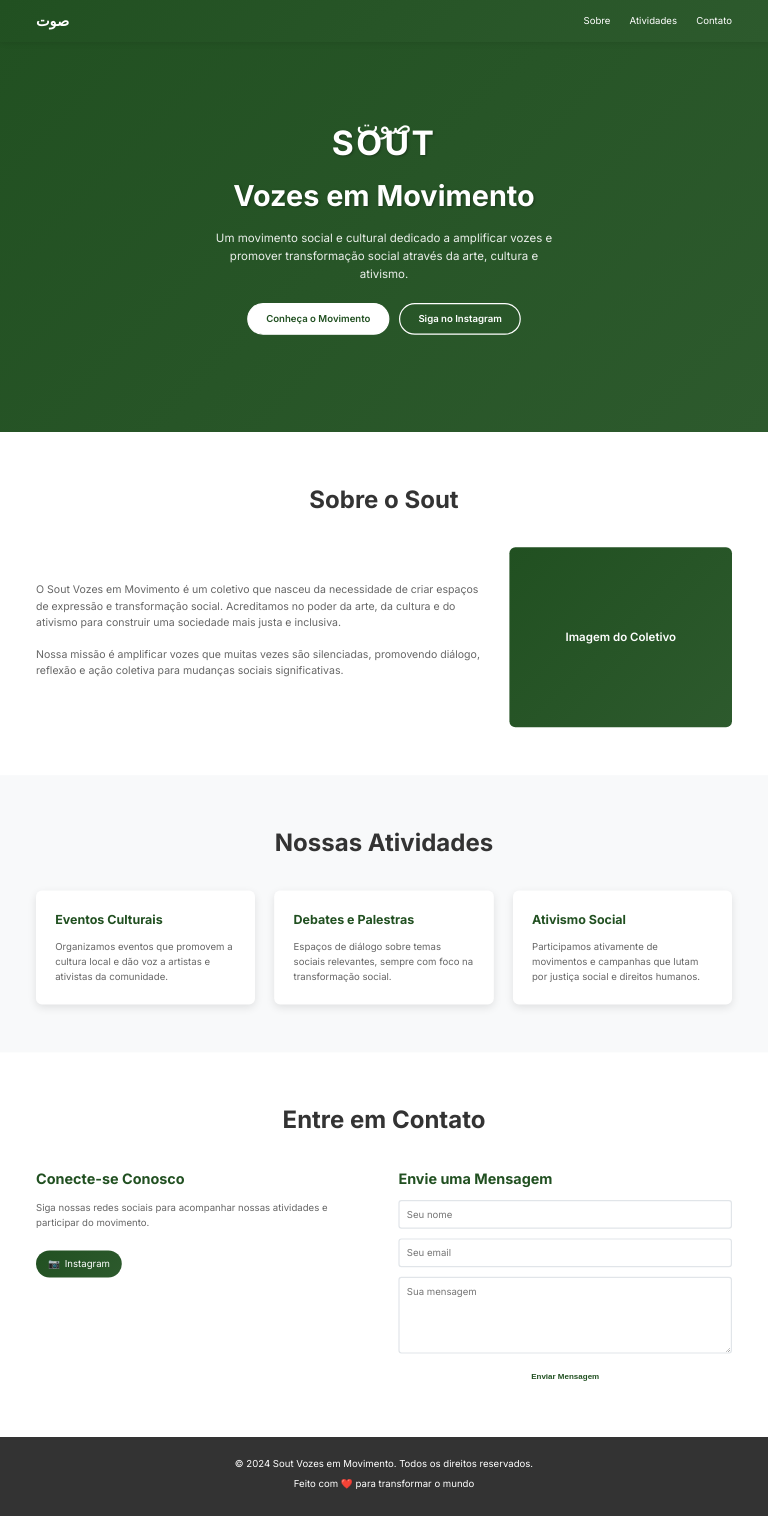
Repository: farukzahra/sout
Page: index.html
These files come from the project's save history. The page is drawn as it stood at one moment and after a run of saves; the edit follows.
The browser window is 1280 px wide. The pictures show the whole page, at 60% of full size.

Above is the page before, as saved 2025-10-02 13:17:30.

### index.html
<!DOCTYPE html>
<html lang="pt-BR">
<head>
    <meta charset="UTF-8">
    <meta name="viewport" content="width=device-width, initial-scale=1.0">
    <title>Sout Vozes em Movimento</title>
    <meta name="description" content="Sout Vozes em Movimento - Movimento social e cultural">
    <link rel="stylesheet" href="style.css">
    <link href="https://fonts.googleapis.com/css2?family=Inter:wght@300;400;600;700&display=swap" rel="stylesheet">
    <link href="https://fonts.googleapis.com/css2?family=League+Spartan:wght@400;500;600;700;800;900&display=swap" rel="stylesheet">
</head>
<body>
    <header class="header">
        <nav class="nav">
            <div class="nav-brand">
                <h1>صوت</h1>
            </div>
            <ul class="nav-menu">
                <li><a href="#sobre">Sobre</a></li>
                <li><a href="#atividades">Atividades</a></li>
                <li><a href="#contato">Contato</a></li>
            </ul>
        </nav>
    </header>

    <main>
        <section class="hero">
            <div class="hero-content">
                <div class="hero-logo">
                    <div class="logo-combined">
                        <span class="logo-text">صوت</span>
                        <span class="logo-main">SOUT</span>
                    </div>
                </div>
                <h2>Vozes em Movimento</h2>
                <p>Um movimento social e cultural dedicado a amplificar vozes e promover transformação social através da arte, cultura e ativismo.</p>
                <div class="hero-buttons">
                    <a href="#sobre" class="btn btn-primary">Conheça o Movimento</a>
                    <a href="https://www.instagram.com/sout_vozesemmovimento/" target="_blank" class="btn btn-secondary">Siga no Instagram</a>
                </div>
            </div>
        </section>

        <section id="sobre" class="section">
            <div class="container">
                <h2>Sobre o Sout</h2>
                <div class="about-content">
                    <div class="about-text">
                        <p>O Sout Vozes em Movimento é um coletivo que nasceu da necessidade de criar espaços de expressão e transformação social. Acreditamos no poder da arte, da cultura e do ativismo para construir uma sociedade mais justa e inclusiva.</p>
                        <p>Nossa missão é amplificar vozes que muitas vezes são silenciadas, promovendo diálogo, reflexão e ação coletiva para mudanças sociais significativas.</p>
                    </div>
                    <div class="about-image">
                        <div class="placeholder-image">
                            <span>Imagem do Coletivo</span>
                        </div>
                    </div>
                </div>
            </div>
        </section>

        <section id="atividades" class="section section-alt">
            <div class="container">
                <h2>Nossas Atividades</h2>
                <div class="activities-grid">
                    <div class="activity-card">
                        <h3>Eventos Culturais</h3>
                        <p>Organizamos eventos que promovem a cultura local e dão voz a artistas e ativistas da comunidade.</p>
                    </div>
                    <div class="activity-card">
                        <h3>Debates e Palestras</h3>
                        <p>Espaços de diálogo sobre temas sociais relevantes, sempre com foco na transformação social.</p>
                    </div>
                    <div class="activity-card">
                        <h3>Ativismo Social</h3>
                        <p>Participamos ativamente de movimentos e campanhas que lutam por justiça social e direitos humanos.</p>
                    </div>
                </div>
            </div>
        </section>

        <section id="contato" class="section">
            <div class="container">
                <h2>Entre em Contato</h2>
                <div class="contact-content">
                    <div class="contact-info">
                        <h3>Conecte-se Conosco</h3>
                        <p>Siga nossas redes sociais para acompanhar nossas atividades e participar do movimento.</p>
                        <div class="social-links">
                            <a href="https://www.instagram.com/sout_vozesemmovimento/" target="_blank" class="social-link">
                                <span>📷</span> Instagram
                            </a>
                        </div>
                    </div>
                    <div class="contact-form">
                        <h3>Envie uma Mensagem</h3>
                        <form>
                            <input type="text" placeholder="Seu nome" required>
                            <input type="email" placeholder="Seu email" required>
                            <textarea placeholder="Sua mensagem" rows="5" required></textarea>
                            <button type="submit" class="btn btn-primary">Enviar Mensagem</button>
                        </form>
                    </div>
                </div>
            </div>
        </section>
    </main>

    <footer class="footer">
        <div class="container">
            <p>&copy; 2024 Sout Vozes em Movimento. Todos os direitos reservados.</p>
            <p>Feito com ❤️ para transformar o mundo</p>
        </div>
    </footer>

    <script>
        // Smooth scrolling para links internos
        document.querySelectorAll('a[href^="#"]').forEach(anchor => {
            anchor.addEventListener('click', function (e) {
                e.preventDefault();
                const target = document.querySelector(this.getAttribute('href'));
                if (target) {
                    target.scrollIntoView({
                        behavior: 'smooth',
                        block: 'start'
                    });
                }
            });
        });

        // Formulário de contato (funcionalidade básica)
        document.querySelector('form').addEventListener('submit', function(e) {
            e.preventDefault();
            alert('Obrigado pela sua mensagem! Entraremos em contato em breve.');
            this.reset();
        });
    </script>
</body>
</html>

### style.css
/* Reset e configurações básicas */
* {
    margin: 0;
    padding: 0;
    box-sizing: border-box;
}

body {
    font-family: 'Inter', sans-serif;
    line-height: 1.6;
    color: #333;
    background-color: #fff;
}

.container {
    max-width: 1200px;
    margin: 0 auto;
    padding: 0 20px;
}

/* Header */
.header {
    background: linear-gradient(135deg, #215021 0%, #2d5a2d 100%);
    color: white;
    padding: 1rem 0;
    position: fixed;
    top: 0;
    width: 100%;
    z-index: 1000;
    box-shadow: 0 2px 10px rgba(0,0,0,0.1);
}

.nav {
    display: flex;
    justify-content: space-between;
    align-items: center;
    max-width: 1200px;
    margin: 0 auto;
    padding: 0 20px;
}

.nav-brand h1 {
    font-size: 1.5rem;
    font-weight: 700;
    direction: rtl;
}

.hero-logo {
    margin-bottom: 2rem;
}

.logo-combined {
    display: flex;
    flex-direction: column;
    align-items: center;
    justify-content: center;
    gap: 0;
}

.hero-logo .logo-text {
    font-size: 2.5rem;
    direction: rtl;
    line-height: 0.6;
    font-weight: 500;
    font-family: 'Inter', 'Arial', sans-serif;
    margin-top: -0.2rem;
}

.hero-logo .logo-main {
    font-size: 3.5rem;
    font-weight: 900;
    letter-spacing: 4px;
    text-shadow: 2px 2px 4px rgba(0,0,0,0.3);
    line-height: 0.6;
    font-family: 'Inter', 'Arial', sans-serif;
}

.hero-logo .logo-subtitle {
    font-size: 1.2rem;
    opacity: 0.9;
}

.nav-menu {
    display: flex;
    list-style: none;
    gap: 2rem;
}

.nav-menu a {
    color: white;
    text-decoration: none;
    font-weight: 500;
    transition: opacity 0.3s ease;
}

.nav-menu a:hover {
    opacity: 0.8;
}

/* Hero Section */
.hero {
    background: linear-gradient(135deg, #215021 0%, #2d5a2d 100%);
    color: white;
    padding: 120px 0 80px;
    text-align: center;
    min-height: 100vh;
    display: flex;
    align-items: center;
    justify-content: center;
}


.hero-content h2 {
    font-size: 3rem;
    font-weight: 700;
    margin-bottom: 1rem;
    text-shadow: 2px 2px 4px rgba(0,0,0,0.3);
}

.hero-content {
    max-width: 800px;
    margin: 0 auto;
    padding: 0 20px;
}

.hero-content p {
    font-size: 1.2rem;
    margin-bottom: 2rem;
    max-width: 600px;
    margin-left: auto;
    margin-right: auto;
    opacity: 0.9;
}

.hero-buttons {
    display: flex;
    gap: 1rem;
    justify-content: center;
    flex-wrap: wrap;
}

/* Botões */
.btn {
    display: inline-block;
    padding: 12px 30px;
    text-decoration: none;
    border-radius: 50px;
    font-weight: 600;
    transition: all 0.3s ease;
    border: 2px solid transparent;
}

.btn-primary {
    background: white;
    color: #215021;
    border-color: white;
}

.btn-primary:hover {
    background: transparent;
    color: white;
    border-color: white;
}

.btn-secondary {
    background: transparent;
    color: white;
    border-color: white;
}

.btn-secondary:hover {
    background: white;
    color: #215021;
}

/* Seções */
.section {
    padding: 80px 0;
}

.section-alt {
    background-color: #f8f9fa;
}

.section h2 {
    text-align: center;
    font-size: 2.5rem;
    margin-bottom: 3rem;
    color: #333;
}

/* Sobre */
.about-content {
    display: grid;
    grid-template-columns: 2fr 1fr;
    gap: 3rem;
    align-items: center;
}

.about-text p {
    font-size: 1.1rem;
    margin-bottom: 1.5rem;
    color: #666;
}

.placeholder-image {
    background: linear-gradient(135deg, #215021 0%, #2d5a2d 100%);
    height: 300px;
    border-radius: 10px;
    display: flex;
    align-items: center;
    justify-content: center;
    color: white;
    font-size: 1.2rem;
    font-weight: 600;
}

/* Atividades */
.activities-grid {
    display: grid;
    grid-template-columns: repeat(auto-fit, minmax(300px, 1fr));
    gap: 2rem;
}

.activity-card {
    background: white;
    padding: 2rem;
    border-radius: 10px;
    box-shadow: 0 5px 15px rgba(0,0,0,0.1);
    transition: transform 0.3s ease, box-shadow 0.3s ease;
}

.activity-card:hover {
    transform: translateY(-5px);
    box-shadow: 0 10px 25px rgba(0,0,0,0.15);
}

.activity-card h3 {
    color: #215021;
    margin-bottom: 1rem;
    font-size: 1.3rem;
}

.activity-card p {
    color: #666;
    line-height: 1.6;
}

/* Contato */
.contact-content {
    display: grid;
    grid-template-columns: 1fr 1fr;
    gap: 3rem;
}

.contact-info h3 {
    color: #215021;
    margin-bottom: 1rem;
    font-size: 1.5rem;
}

.contact-info p {
    color: #666;
    margin-bottom: 2rem;
}

.social-links {
    display: flex;
    gap: 1rem;
}

.social-link {
    display: flex;
    align-items: center;
    gap: 0.5rem;
    padding: 10px 20px;
    background: linear-gradient(135deg, #215021 0%, #2d5a2d 100%);
    color: white;
    text-decoration: none;
    border-radius: 25px;
    transition: transform 0.3s ease;
}

.social-link:hover {
    transform: translateY(-2px);
}

.contact-form h3 {
    color: #215021;
    margin-bottom: 1rem;
    font-size: 1.5rem;
}

.contact-form form {
    display: flex;
    flex-direction: column;
    gap: 1rem;
}

.contact-form input,
.contact-form textarea {
    padding: 12px;
    border: 2px solid #e1e5e9;
    border-radius: 5px;
    font-family: inherit;
    font-size: 1rem;
    transition: border-color 0.3s ease;
}

.contact-form input:focus,
.contact-form textarea:focus {
    outline: none;
    border-color: #215021;
}

.contact-form textarea {
    resize: vertical;
    min-height: 120px;
}

/* Footer */
.footer {
    background: #333;
    color: white;
    text-align: center;
    padding: 2rem 0;
}

.footer p {
    margin-bottom: 0.5rem;
}

/* Responsividade */
@media (max-width: 768px) {
    .nav {
        flex-direction: column;
        gap: 1rem;
    }

    .nav-menu {
        gap: 1rem;
    }

    .logo-combined {
        gap: 0;
    }

    .hero-logo .logo-text {
        font-size: 2rem;
        line-height: 0.6;
        margin-top: -0.1rem;
    }

    .hero-logo .logo-main {
        font-size: 2.8rem;
        line-height: 0.6;
        letter-spacing: 3px;
    }

    .hero-content h2 {
        font-size: 2rem;
    }

    .hero-buttons {
        flex-direction: column;
        align-items: center;
    }

    .about-content,
    .contact-content {
        grid-template-columns: 1fr;
        gap: 2rem;
    }

    .activities-grid {
        grid-template-columns: 1fr;
    }

    .section h2 {
        font-size: 2rem;
    }
}

@media (max-width: 480px) {
    .hero {
        padding: 100px 0 60px;
    }

    .logo-combined {
        gap: 0;
    }

    .hero-logo .logo-text {
        font-size: 1.6rem;
        line-height: 0.6;
        margin-top: -0.1rem;
    }

    .hero-logo .logo-main {
        font-size: 2.2rem;
        line-height: 0.6;
        letter-spacing: 2px;
    }

    .hero-content h2 {
        font-size: 1.8rem;
    }

    .hero-content p {
        font-size: 1rem;
    }

    .section {
        padding: 60px 0;
    }

    .container {
        padding: 0 15px;
    }
}

After the next 2 saves:
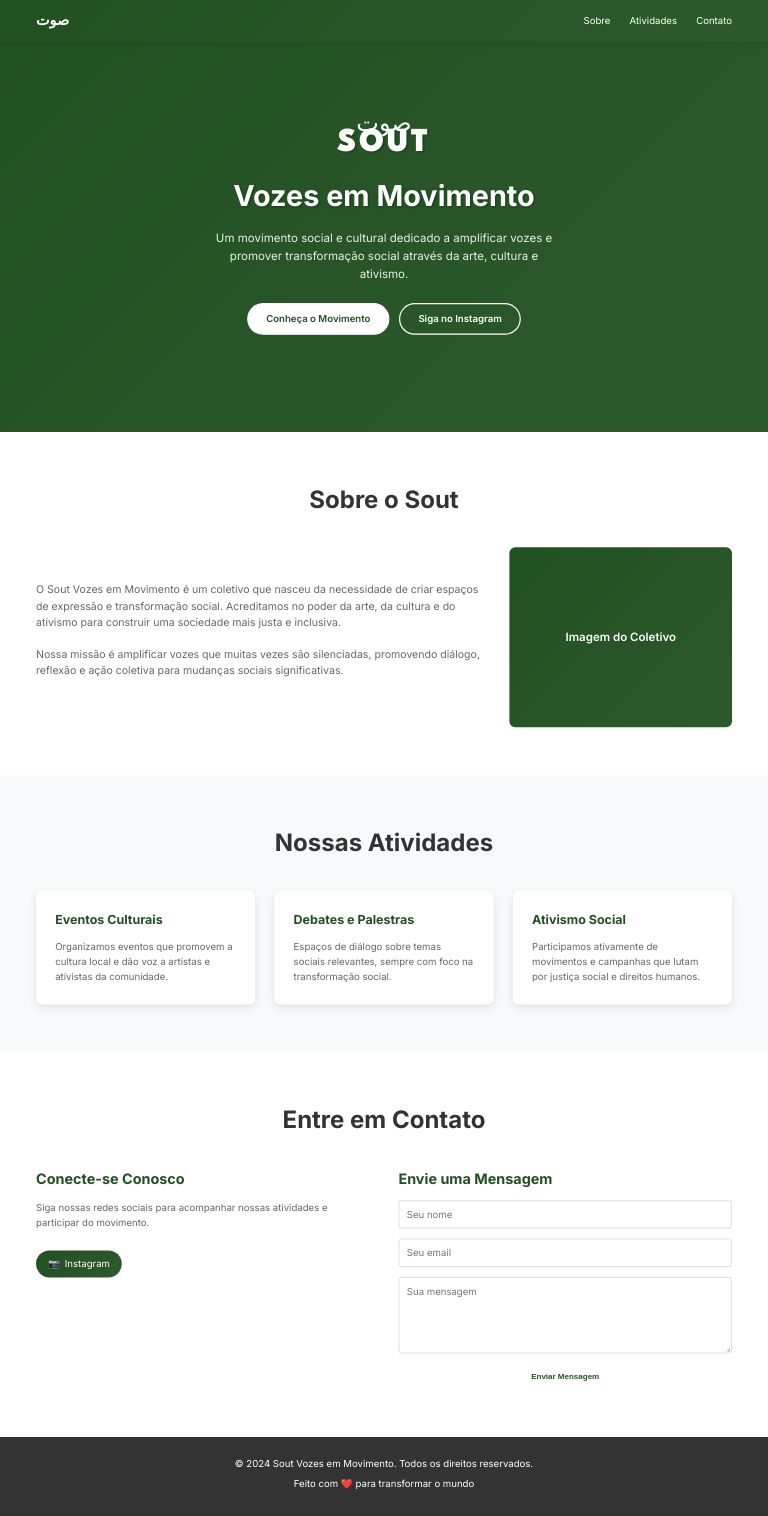
The 2 saves are shown as one change because they came seconds apart.
The last was saved 12 s later.
--- a/style.css
+++ b/style.css
@@ -43,6 +43,7 @@ body {
     font-size: 1.5rem;
     font-weight: 700;
     direction: rtl;
+    font-family: 'League Spartan', 'Inter', 'Arial', sans-serif;
 }
 
 .hero-logo {
@@ -62,7 +63,7 @@ body {
     direction: rtl;
     line-height: 0.6;
     font-weight: 500;
-    font-family: 'Inter', 'Arial', sans-serif;
+    font-family: 'League Spartan', 'Inter', 'Arial', sans-serif;
     margin-top: -0.2rem;
 }
 
@@ -72,7 +73,7 @@ body {
     letter-spacing: 4px;
     text-shadow: 2px 2px 4px rgba(0,0,0,0.3);
     line-height: 0.6;
-    font-family: 'Inter', 'Arial', sans-serif;
+    font-family: 'League Spartan', 'Inter', 'Arial', sans-serif;
 }
 
 .hero-logo .logo-subtitle {
